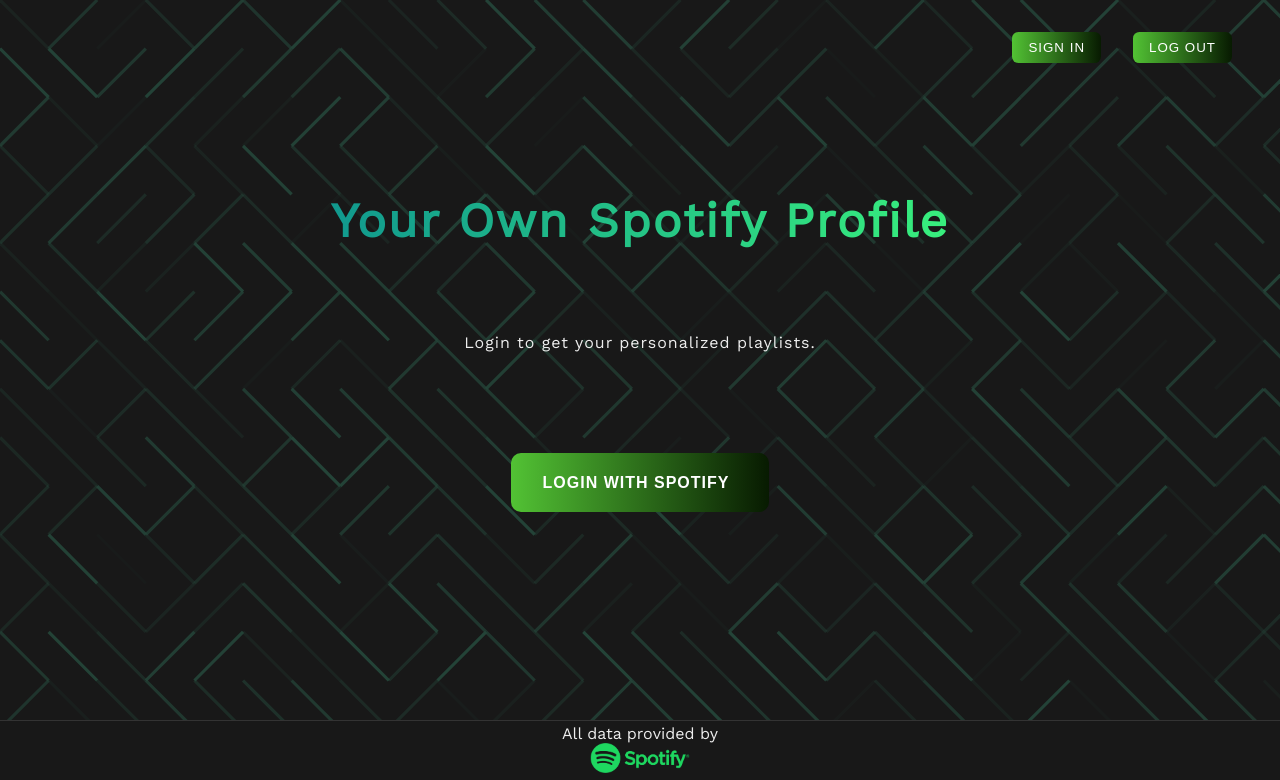
Repository: kirpister/Spotify-profile
Page: /
The author's editor kept a copy of each file at every save. The page is drawn from the files as they stood at one save, then again after the next save.
The browser window is 1280 px wide. The pictures show the whole page.
The project was rebuilt for these pictures with package versions that can differ from the ones it lists, and the page was loaded fresh each time.

Above is the page before, as saved 2023-03-08 11:06:32.

### public/index.html
<!DOCTYPE html>
<html lang="en">
  <head>
    <meta charset="utf-8" />
    <link rel="icon" href="%PUBLIC_URL%/favicon.ico" />
    <meta name="viewport" content="width=device-width, initial-scale=1" />
    <meta name="theme-color" content="#000000" />
    <meta
      name="description"
      content="Web site created using create-react-app"
    />

    <title>Own Spotify App</title>
  </head>
  <body>
    <noscript>You need to enable JavaScript to run this app.</noscript>
    <div id="root"></div>
  </body>
</html>

### src/index.tsx
import ReactDOM from "react-dom/client";
import "./index.css";
import App from "./App";
const root = ReactDOM.createRoot(
  document.getElementById("root") as HTMLElement
);
root.render(<App />);

### src/index.css
@import url("https://fonts.googleapis.com/css2?family=Work+Sans&display=swap");

* {
  margin: 0;
  padding: 0;
  overscroll-behavior: none;
  box-sizing: border-box;
}

body {
  background: #181818;
  color: rgb(237, 237, 237);
  font-family: "Work Sans", sans-serif;
}

h2 {
  letter-spacing: 2px;
  font-size: 3rem;
  background: linear-gradient(to right, #11998e, #38ef7d);
  -webkit-background-clip: text;
  -webkit-text-fill-color: transparent;
  background-clip: text;
  color: transparent;
}

h3 {
  font-size: 1.5rem;
  margin-bottom: 3rem;
  margin-left: 1rem;
  letter-spacing: 2px;
}

h4 {
  text-align: center;
}

p {
  display: inline-block;
}

li p {
  font-size: 1.2rem;
}

li {
  list-style: decimal;
  font-size: 1.3rem;
}

a {
  color: #fff;
}

.heading {
  backdrop-filter: blur(10px);
  padding: 1rem;
}

footer {
  border-top: 1px solid #333;
  padding: 0.2rem;
  text-align: center;
}

footer img {
  width: 100px;
  height: auto;
}

/* BUTTONS */

button p {
  font-weight: bold;
  font-family: Arial, Helvetica, sans-serif;
  margin-right: 0.5rem;
  font-size: 1rem;
}

button {
  background-image: linear-gradient(
    to right,
    #52c234 0%,
    #061700 51%,
    #52c234 100%
  );
  margin: 1rem;
  padding: 1rem 2rem;
  text-transform: uppercase;
  transition: 0.5s;
  background-size: 200% auto;
  color: white;
  border-radius: 10px;
  border: none;
  font-family: "Rubik", sans-serif;
  letter-spacing: 1px;
}

button:hover {
  background-position: right center; /* change the direction of the change here */
  color: #fff;
  text-decoration: none;
}

.log-out {
  position: absolute;
  right: 2rem;
  top: 1rem;
}

.log-out button {
  border-radius: 0.4rem;
  padding: 0.5rem 1rem 0.5rem 1rem;
  border: none;
  background-color: transparent;
  letter-spacing: 1px;
  color: white;
}

### src/App.tsx
import Footer from "./Footer";
import Spotify from "./Spotify";

const App = () => {

  return (
    <div className="App">
      <Spotify />
      <Footer />
    </div>
  );
};

export default App;

### src/Footer.tsx
import React from 'react';
import SpotifyLogo from './assets/Spotify_Logo.png';

const Footer: React.FC = () => {
    return (
        <footer>
           <p>All data provided by</p>
           <a href="https://www.spotify.com/fi/signup" target="_blank" rel="noreferrer"><div className='logo-box'><img src={SpotifyLogo} alt="SpotifyLogo" /></div></a>
        </footer>
    );
};

export default Footer;

### src/Spotify.tsx
import React, { useState, useEffect } from "react";
import queryString from "query-string";
import axios from "axios";

import "./App.css";

const scopes = [
  "user-read-playback-state",
  "user-library-read",
  "user-top-read",
];

interface User {
  id: string;
  display_name: string;
  email: string;
  images: { url: string }[];
}

interface Artist {
  id: string;
  name: string;
  images: { url: string }[];
}

interface Track {
  id: string;
  name: string;
  album: { images: { url: string }[] };
  artists: { name: string }[];
}

interface CurrentTrack {
  item: {
    name: string;
    artists: { name: string }[];
  };
}

const Spotify: React.FC = () => {
  const [token, setToken] = useState<string>("");
  const [userData, setUserData] = useState<User>();
  const [currentTrack, setCurrentTrack] = useState<CurrentTrack | null>(null);
  const [artists, setArtists] = useState<Artist[]>([]);
  const [tracks, setTracks] = useState<Track[]>([]);

  // AUTH

  const handleLogin = () => {
    const redirectToSpotify = `https://accounts.spotify.com/authorize?client_id=${
      process.env.REACT_APP_CLIENT_ID
    }&redirect_uri=${process.env.REACT_APP_REDIRECT_URI}&scope=${scopes.join(
      "%20"
    )}&response_type=token`;
    window.location.href = redirectToSpotify;
  };

  useEffect(() => {
    const token = queryString.parse(window.location.hash).access_token;
    if (token) {
      setToken(token as string);
    }
    window.location.hash = "";
  }, []);

  // API CALLS

  useEffect(() => {
    if (!token) return;

    const getUserData = async () => {
      const response = await axios.get<User>("https://api.spotify.com/v1/me", {
        headers: { Authorization: `Bearer ${token}` },
      });
      setUserData(response.data);
    };

    const getCurrentTrack = async () => {
      const response = await axios.get<CurrentTrack>(
        "https://api.spotify.com/v1/me/player/currently-playing",
        {
          headers: {
            Authorization: `Bearer ${token}`,
          },
        }
      );
      setCurrentTrack(response.data);
    };

    const getTopTracks = async () => {
      const response = await axios.get<{ items: Track[] }>(
        "https://api.spotify.com/v1/me/top/tracks?time_range=medium_term&limit=5",
        {
          headers: {
            Authorization: `Bearer ${token}`,
          },
        }
      );
      setTracks(response.data.items);
    };

    const getTopArtists = async () => {
      const response = await axios.get<{ items: Artist[] }>(
        "https://api.spotify.com/v1/me/top/artists?time_range=medium_term&limit=5",
        {
          headers: {
            Authorization: `Bearer ${token}`,
          },
        }
      );
      setArtists(response.data.items);
    };

    getCurrentTrack();
    getTopTracks();
    getTopArtists();
    getUserData();
  }, [token]);

  return (
    <>
      <div className="wrapper">
        <header>
          <div className="log-out">
            {userData ? (
              <p>
                Logged in as <a href="/">{userData?.display_name}</a>
              </p>
            ) : (
              <button onClick={handleLogin}>Sign In</button>
            )}

            <a href="https://accounts.spotify.com/fi/status">
              <button>Log Out</button>
            </a>
          </div>
        </header>
        {token ? (
          <div className="wrapper">
            <div className="header-img">
              <h2 className="heading">
                Hello, <span>{userData?.display_name}</span>
              </h2>
            </div>
            {currentTrack ? (
              <div className="current-track">
                <p>
                  Now playing:{" "}
                  <span>
                    {currentTrack.item.name} by{" "}
                    {currentTrack.item.artists[0].name}
                  </span>
                </p>
              </div>
            ) : (
              <h4>Loading current track...</h4>
            )}
            <div className="top-div">
              <div className="top-artists">
                <h3>Top Artists</h3>
                {artists.map((artist) => (
                  <div className="list-div" key={artist.id}>
                    <img src={artist.images[0].url} alt={artist.name} />
                    <p>{artist.name}</p>
                  </div>
                ))}
              </div>

              <div className="top-tracks">
                <h3>Top Tracks</h3>
                {tracks.map((track) => (
                  <div className="list-div" key={track.id}>
                    <img src={track.album.images[0].url} alt={track.name} />
                    <p>{track.artists[0].name} -</p>
                    <span>{track.name}</span>
                  </div>
                ))}
              </div>
            </div>
          </div>
        ) : (
          // MAIN PAGE BEFORE AUTH

          <div className="intro">
            <h2 className="header">Your Own Spotify Profile</h2>
            <p className="intro-text">
              Login to get your personalized playlists.
            </p>
            <button onClick={handleLogin}>
              <p>Login with Spotify</p>
            </button>
          </div>
        )}
      </div>
    </>
  );
};

export default Spotify;

### src/App.css
  /* CURRENT TRACK */

.header-img {
  background-image: url(./assets/nnneon.svg);
  height: 35vh;
  background-repeat: no-repeat;
  background-position: center;
  display: flex;
  justify-content: center;
  align-items: center;
}

.heading {
  filter: drop-shadow(2px 1px 2px rgb(32, 32, 32));
  text-align: center;
}

.current-track {
  text-align: center;
  border: 1px solid rgb(118, 255, 118);
  border-radius: .5rem;
  width: fit-content;
  padding: .3rem 1.2rem .3rem 1.2rem;
  margin: 0 auto;
}

.current-track p {
  font-weight: bold;
}

.current-track span {
  color: rgb(118, 255, 118);
  font-weight: normal;
}


/* LANDING PAGE */

.intro {
  background-image: url(./assets/ttten.svg);
  background-size: cover;
  height: 100vh;
  display: flex;
  flex-direction: column;
  justify-content: center;
  align-items: center;
}

.intro-text {
  width: 40vw;
  margin: 5rem;
}

.intro p {
  letter-spacing: 1px;
  line-height: 1.7;
  text-align: center;
}

/* TOP ARTISTS */

.artist {
  font-weight: bold;
}

.top-artists {
  display: flex;
  flex-direction: column;
}

.top-artists img {
  width: 60px;
  height: 60px;
  margin: -5px;
  margin-left: .1rem;
  border-radius: 50%;
}

/* TOP TRACKS */

.top-tracks img {
  width: 60px;
  height: auto;
  margin-top: .5rem;
}

.top-tracks span {
  margin-left: .5rem;
}

/* TRACKS & ARTISTS */

.top-div {
  margin: 5rem;
  display: flex;
  justify-content: space-around;
}

.list-div {
  display: flex;
  align-items: center;
  margin: 1rem;
}

.top-tracks p {
  margin-left: 1rem;
}

.top-artists p {
  margin-left: 2rem;
}

.top-artists,
.top-tracks {
  /* border: 1px solid #1db9548a; */
  border-radius: 1rem;
  background-color: #25252587;
  width: 45vw;
  padding: 1.5rem;
  margin: 1rem;
}


/* MOBILE */

@media screen and (max-width: 600px) {


  .intro h2 {
    font-size: 2rem;
    text-align: center;
  }

  .top-div {
    display: flex;
    flex-direction: column;
    justify-content: center;
    align-items: center;

  }

  .top-artists,
  .top-tracks,
  .list-div {
    width: 95vw;
    padding: 0;
  }

  .top-div p, span {
    font-size: .7rem;
  }

  .top-div img {
    width: 50px;
    height: 50px;
  }

  h3 {
    text-align: center;
  }

  .top-artists p {
    padding-left: 1rem;
  }

  .current-track p, span {
    font-size: 0.7rem;
  }
}

After the next save:
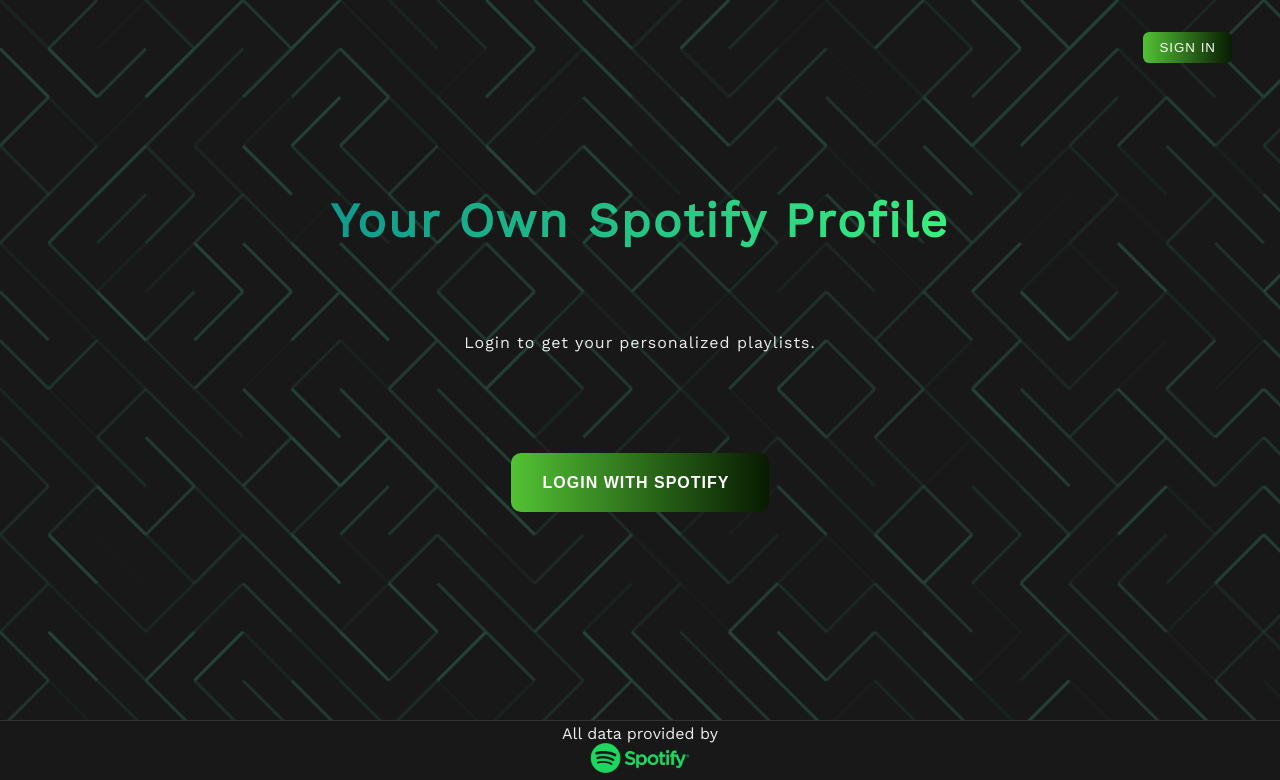
Saved 37 s later.
--- a/src/Spotify.tsx
+++ b/src/Spotify.tsx
@@ -130,9 +130,13 @@
               <button onClick={handleLogin}>Sign In</button>
             )}
 
-            <a href="https://accounts.spotify.com/fi/status">
-              <button>Log Out</button>
-            </a>
+            {userData ? (
+              <a href="https://accounts.spotify.com/fi/status">
+                <button>Log Out</button>
+              </a>
+            ) : (
+              ""
+            )}
           </div>
         </header>
         {token ? (
